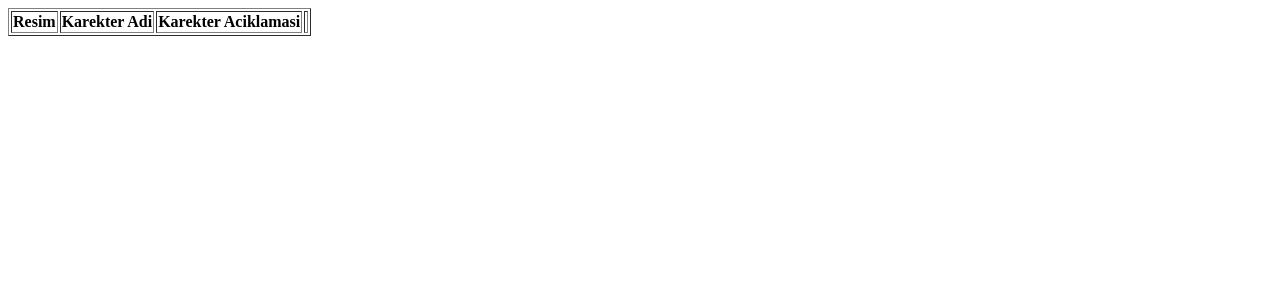
Repository: sammkrt/git101
Page: html-css-TrainingMyself/uygulama5.html
An editor plug-in stored every save of this project. The page is shown before and after the next save, followed by the edit.
The browser window is 1280 px wide. The pictures show the whole page.

Above is the page before, as saved 2022-12-22 13:29:22.

After the next save:
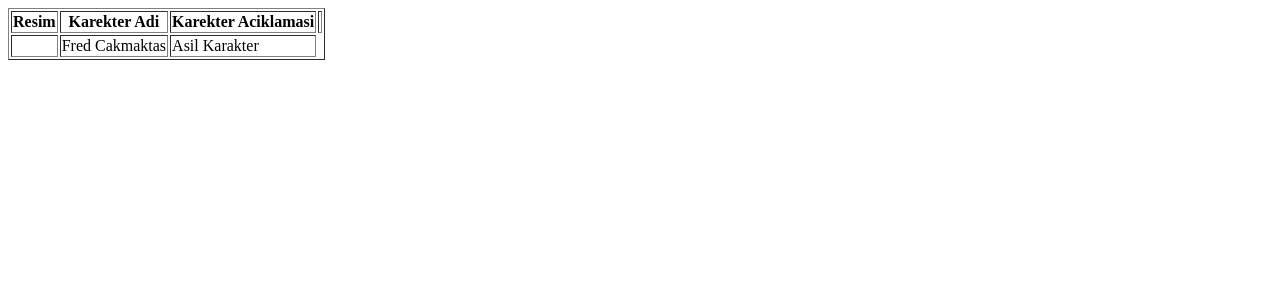
Saved 41 s later.
--- a/html-css-TrainingMyself/uygulama5.html
+++ b/html-css-TrainingMyself/uygulama5.html
@@ -17,7 +17,11 @@
             </tr>
         </thead>
         <tbody>
-
+            <tr>
+                <td></td>
+                <td>Fred Cakmaktas</td>
+                <td>Asil Karakter</td>
+            </tr>
         </tbody>
     </table>
 </body>
